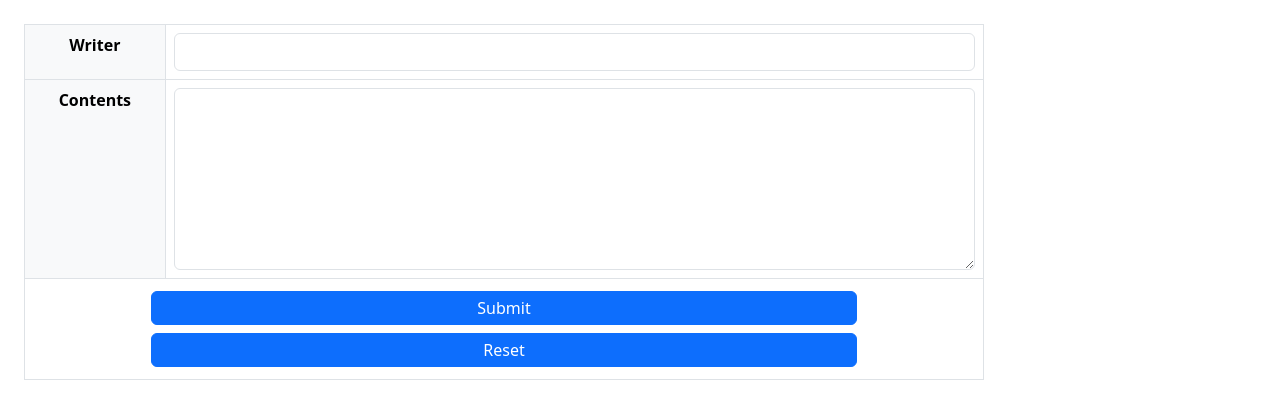
Repository: tomaters/servlets-JSP
Page: jsptest/src/main/webapp/bbs/write2.html
The author's editor kept a copy of each file at every save. The page is drawn from the files as they stood at one save, then again after the next save.
The browser window is 1280 px wide. The pictures show the whole page.

Above is the page before, as saved 2023-11-29 06:30:53.

### jsptest/src/main/webapp/bbs/write2.html
<!DOCTYPE html>
<html>
<head>
<meta charset="UTF-8">
<title>Insert title here</title>
 <!-- import Bootstrap -->
    <link href="https://cdn.jsdelivr.net/npm/bootstrap@5.3.2/dist/css/bootstrap.min.css" rel="stylesheet">
    <script src="https://cdn.jsdelivr.net/npm/bootstrap@5.3.2/dist/js/bootstrap.bundle.min.js"></script>
</head>
<body>
<form method="post" action="/jsptest/visit">
      <table align="center" class="table text-center table-bordered table-hover p-2 m-4 w-75">
        <tr class="w-100 bg-dark">
            <th class="text-center bg-light">Writer</th>
        		<td>
        			<input type="text" name="writer" class="form-control">
        		</td>
        	</tr>
        <tr>
        	<th class="text-center bg-light">Contents</th>
        	<td>
          		<textarea rows="7" cols="50" name="memo" class="form-control"></textarea>
         	</td>
        </tr>
        <tr>
         <td colspan="2" align="center">
           <input type="submit" class="btn btn-primary w-75 p-1 m-1" value="Submit">
           <input type="reset" class="btn btn-primary w-75 p-1 m-1" value="Reset">
         </td>
         </tr>
    </table>
    </form>
</body>
</html>

After the next save:
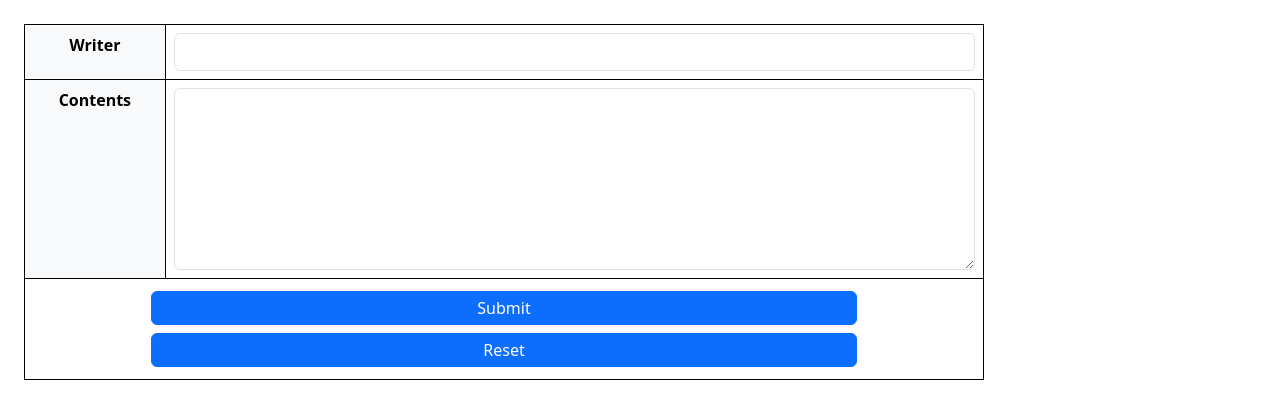
Saved 93 s later.
--- a/jsptest/src/main/webapp/bbs/write2.html
+++ b/jsptest/src/main/webapp/bbs/write2.html
@@ -9,7 +9,7 @@
 </head>
 <body>
 <form method="post" action="/jsptest/visit">
-      <table align="center" class="table text-center table-bordered table-hover p-2 m-4 w-75">
+      <table align="center" class="table text-center table-bordered table-hover p-2 m-4 w-75" style="border-color:black">
         <tr class="w-100 bg-dark">
             <th class="text-center bg-light">Writer</th>
         		<td>
